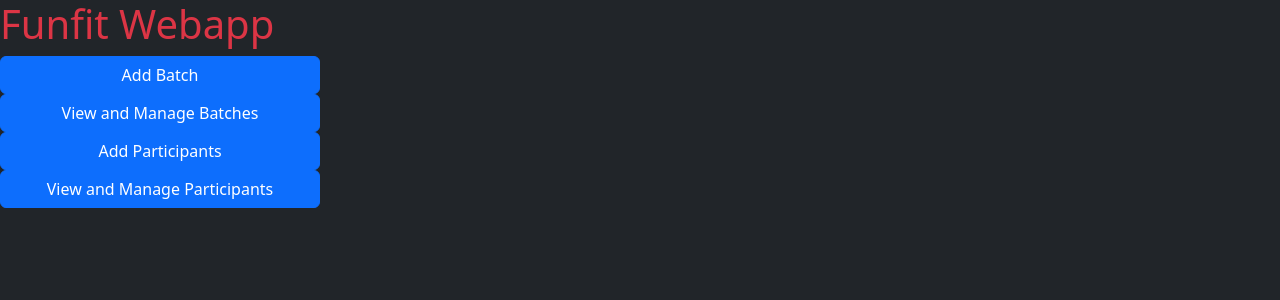
Repository: Jannis-Buschhaus/simplilearn-assessment-phase2
Page: http://localhost/FunfitWebapp/
An editor plug-in stored every save of this project. The page is shown before and after the next save, followed by the edit.
The browser window is 1280 px wide. The pictures show the whole page.
The page is served by Tomcat 9. Other server files are loaded and not shown.

Above is the page before, as saved 2024-05-30 14:18:22.

### FunfitWebapp/src/main/webapp/index.jsp
<%@ page language="java" contentType="text/html; charset=UTF-8"
    pageEncoding="UTF-8"%>
<%@ taglib prefix="c" uri="http://java.sun.com/jsp/jstl/core" %>
<!DOCTYPE html>
<html>
<head>
<meta charset="UTF-8">
<title>Funfit</title>
<link href="https://cdn.jsdelivr.net/npm/bootstrap@5.3.3/dist/css/bootstrap.min.css" rel="stylesheet" integrity="sha384-QWTKZyjpPEjISv5WaRU9OFeRpok6YctnYmDr5pNlyT2bRjXh0JMhjY6hW+ALEwIH" crossorigin="anonymous">
</head>
<body class="bg-dark">
	<h1 class="text-danger center">Funfit Webapp</h1>
	<a class="btn btn-primary w-25" href="addBatch.jsp">Add Batch</a><br />
	<a class="btn btn-primary w-25" href="BatchController">View and Manage Batches</a><br />
	<a class="btn btn-primary w-25" href="ParticipantsController?target=addParticipant">Add Participants</a><br />
	<a class="btn btn-primary w-25" href="ParticipantsController?target=viewParticipant">View and Manage Participants</a><br />
</body>
</html>

After the next save:
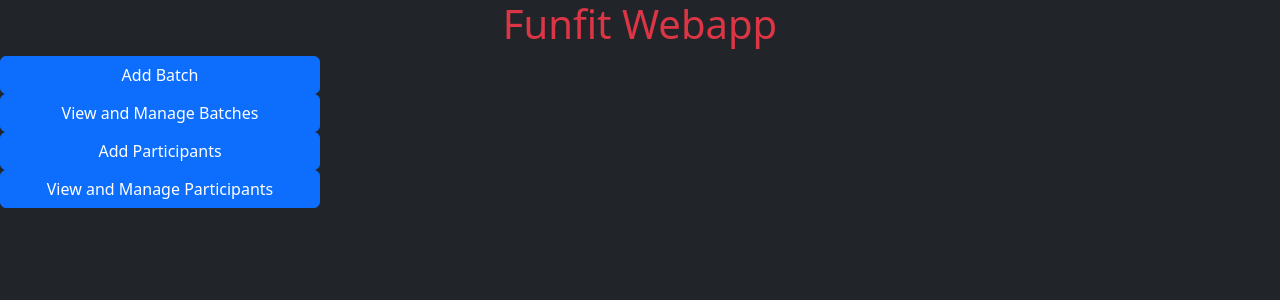
Saved 29 s later.
--- a/FunfitWebapp/src/main/webapp/index.jsp
+++ b/FunfitWebapp/src/main/webapp/index.jsp
@@ -9,7 +9,7 @@
 <link href="https://cdn.jsdelivr.net/npm/bootstrap@5.3.3/dist/css/bootstrap.min.css" rel="stylesheet" integrity="sha384-QWTKZyjpPEjISv5WaRU9OFeRpok6YctnYmDr5pNlyT2bRjXh0JMhjY6hW+ALEwIH" crossorigin="anonymous">
 </head>
 <body class="bg-dark">
-	<h1 class="text-danger center">Funfit Webapp</h1>
+	<h1 class="text-danger text-center">Funfit Webapp</h1>
 	<a class="btn btn-primary w-25" href="addBatch.jsp">Add Batch</a><br />
 	<a class="btn btn-primary w-25" href="BatchController">View and Manage Batches</a><br />
 	<a class="btn btn-primary w-25" href="ParticipantsController?target=addParticipant">Add Participants</a><br />
